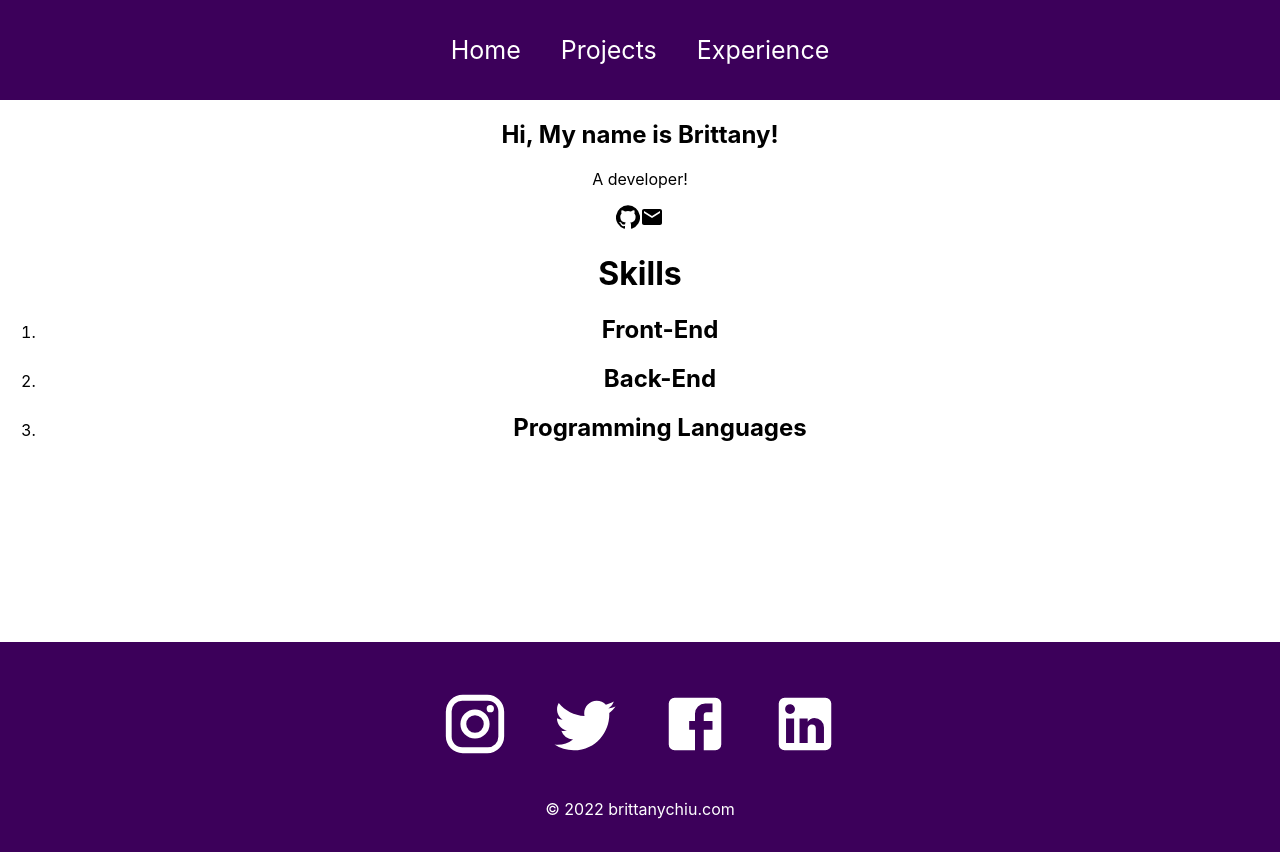
Repository: chiubacca94/chiufolio
Page: /
An editor plug-in stored every save of this project. The page is shown before and after the next save, followed by the edit.
The browser window is 1280 px wide. The pictures show the whole page.
The project was rebuilt for these pictures with package versions that can differ from the ones it lists, and the page was loaded fresh each time. Also part of the build but not shown: src/components/Projects/Projects.js, src/components/Experiences/Experiences.js.

Above is the page before, as saved 2022-07-03 23:10:11.

After the next save:
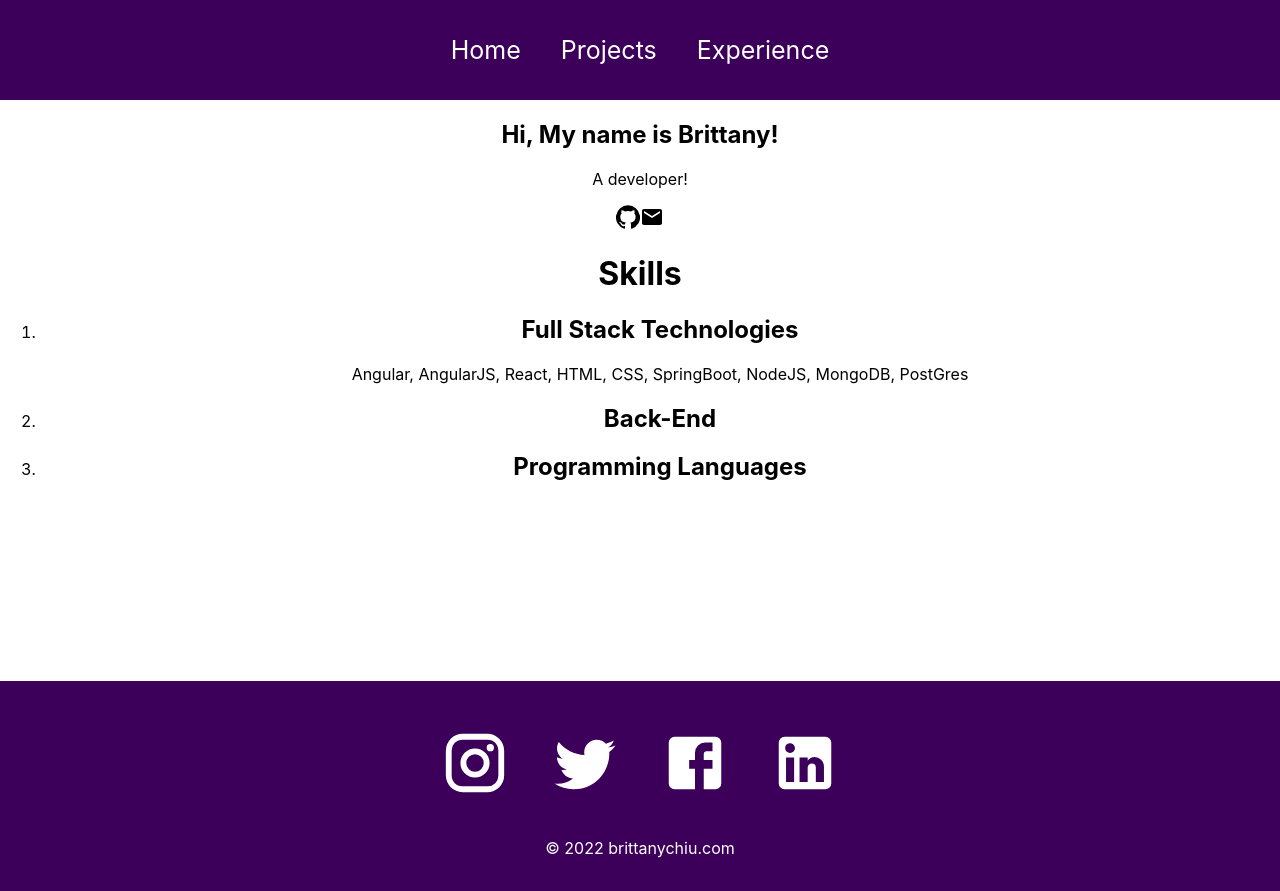
Saved 110 s later.
--- a/src/components/Home/Home.js
+++ b/src/components/Home/Home.js
@@ -15,8 +15,8 @@ export default function Home() {
             <h1>Skills</h1>
             <ol className='list'>
                 <li className='item'>
-                    <h2>Front-End</h2>
-                    <span></span>
+                    <h2>Full Stack Technologies</h2>
+                    <span>Angular, AngularJS, React, HTML, CSS, SpringBoot, NodeJS, MongoDB, PostGres</span>
                 </li>
                 <li className='item'>
                     <h2>Back-End</h2>
